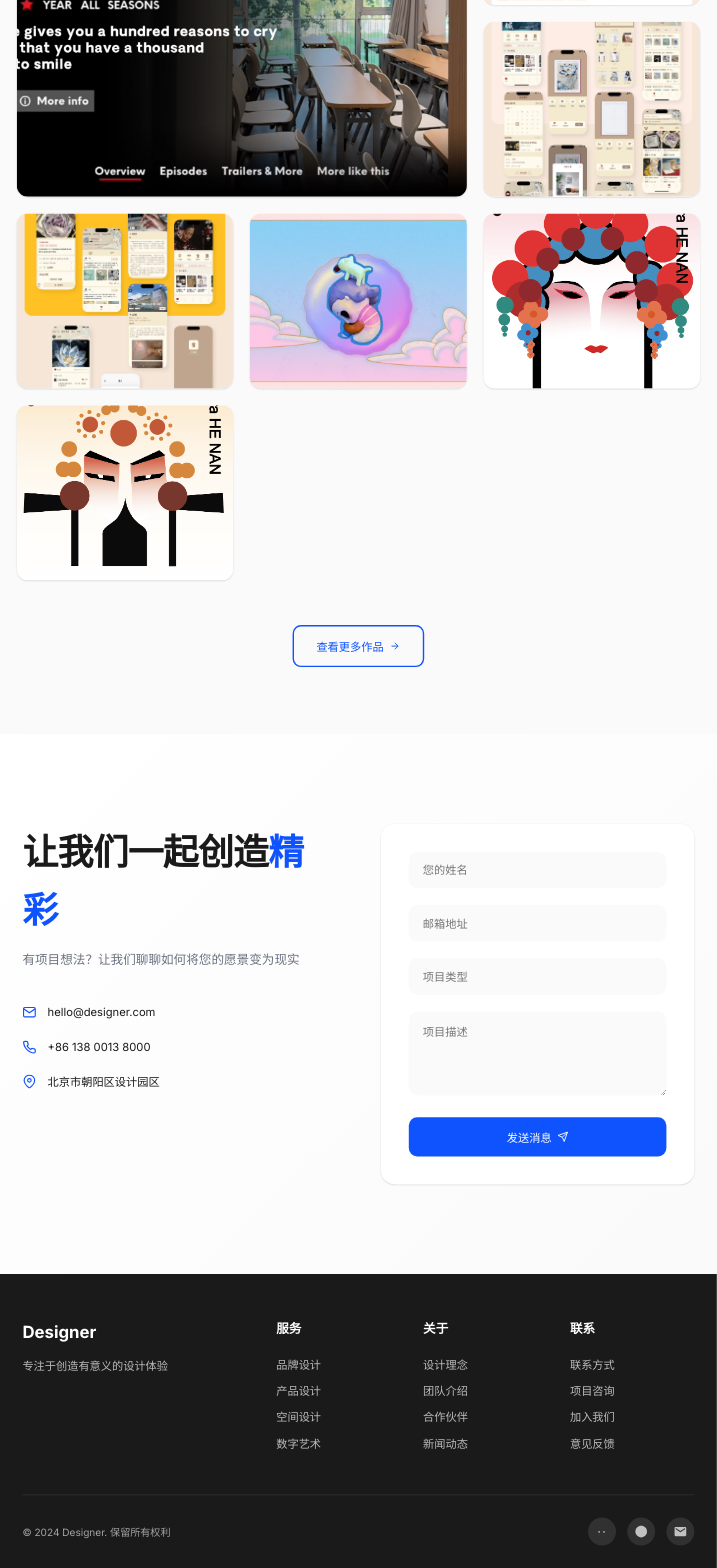
Repository: Nanzhexi/zhexi.github.io
Page: index.html
These files come from the project's save history. The page is drawn as it stood at one moment and after the next save; the edit follows.
The browser window is 1024 px wide. The pictures show the part of the page from y = 1250 to 3490 px (the page is 3490 px tall before and 3410 px after), at 70% of full size.

Above is the page before, as saved 2025-07-03 03:37:17.

### index.html
<!DOCTYPE html>
<html lang="zh-CN">
<head>
    <meta charset="UTF-8">
    <meta name="viewport" content="width=device-width, initial-scale=1.0">
    <title>设计工作室</title>
    <link rel="stylesheet" href="./css/index.css">
    <link rel="preconnect" href="https://fonts.googleapis.com">
    <link rel="preconnect" href="https://fonts.gstatic.com" crossorigin>
    <link href="https://fonts.googleapis.com/css2?family=Inter:wght@300;400;500;600;700&display=swap" rel="stylesheet">
</head>

<body>
    <nav class="navbar">
        <div class="nav-brand">Studio</div>
        <div class="nav-links">
            <a href="#" class="nav-link active">首页</a>
            <a href="#" class="nav-link">作品</a>
            <a href="#" class="nav-link">关于</a>
        </div>
    </nav>

    <main class="hero">
        <div class="hero-content">
            <h1 class="hero-title">
                用<span class="highlight">视觉逻辑</span><br>
                解决商业问题
            </h1>
            <p class="hero-subtitle">
                专注品牌视觉系统与数字产品体验设计
            </p>
            <button class="cta-button">
                查看作品
                <svg width="16" height="16" viewBox="0 0 24 24" fill="none" stroke="currentColor" stroke-width="2">
                    <path d="M5 12h14M12 5l7 7-7 7"/>
                </svg>
            </button>
        </div>
    </main>

    <section class="portfolio">
        <div class="portfolio-content">
            <h2 class="portfolio-title">精选作品</h2>
            <p class="portfolio-subtitle">大浪淘沙，留下的皆是能叩击心灵的佳作</p>

            <div class="portfolio-grid">
                <div class="portfolio-item large">
                    <img src="./images/1.png" alt="设计作品1" loading="lazy">
                    <div class="portfolio-overlay">
                        <div class="portfolio-info">
                            <h3>品牌视觉设计</h3>
                            <p>创意海报设计</p>
                        </div>
                    </div>
                </div>

                <div class="portfolio-item">
                    <img src="./images/2.jpg" alt="设计作品2" loading="lazy">
                    <div class="portfolio-overlay">
                        <div class="portfolio-info">
                            <h3>产品包装</h3>
                            <p>时尚配饰设计</p>
                        </div>
                    </div>
                </div>

                <div class="portfolio-item">
                    <img src="./images/3.jpg" alt="设计作品3" loading="lazy">
                    <div class="portfolio-overlay">
                        <div class="portfolio-info">
                            <h3>陶瓷艺术</h3>
                            <p>传统工艺现代化</p>
                        </div>
                    </div>
                </div>

                <div class="portfolio-item">
                    <img src="./images/4.jpg" alt="设计作品4" loading="lazy">
                    <div class="portfolio-overlay">
                        <div class="portfolio-info">
                            <h3>品牌形象</h3>
                            <p>可爱IP设计</p>
                        </div>
                    </div>
                </div>

                <div class="portfolio-item">
                    <img src="./images/6.png" alt="设计作品5" loading="lazy">
                    <div class="portfolio-overlay">
                        <div class="portfolio-info">
                            <h3>空间设计</h3>
                            <p>商业空间规划</p>
                        </div>
                    </div>
                </div>

                <div class="portfolio-item">
                    <img src="./images/7.png" alt="设计作品6" loading="lazy">
                    <div class="portfolio-overlay">
                        <div class="portfolio-info">
                            <h3>餐饮品牌</h3>
                            <p>传统文化融合</p>
                        </div>
                    </div>
                </div>

                <div class="portfolio-item">
                    <img src="./images/8.png" alt="设计作品7" loading="lazy">
                    <div class="portfolio-overlay">
                        <div class="portfolio-info">
                            <h3>数字艺术</h3>
                            <p>创新视觉表达</p>
                        </div>
                    </div>
                </div>
            </div>

            <button class="portfolio-button">
                查看更多作品
                <svg width="16" height="16" viewBox="0 0 24 24" fill="none" stroke="currentColor" stroke-width="2">
                    <path d="M5 12h14M12 5l7 7-7 7"/>
                </svg>
            </button>
        </div>
    </section>

    <!-- Contact Section -->
    <section class="contact">
        <div class="contact-content">
            <div class="contact-text">
                <h2 class="contact-title">让我们一起创造<span class="highlight">精彩</span></h2>
                <p class="contact-subtitle">有项目想法？让我们聊聊如何将您的愿景变为现实</p>

                <div class="contact-info">
                    <div class="contact-item">
                        <svg width="20" height="20" viewBox="0 0 24 24" fill="none" stroke="currentColor" stroke-width="2">
                            <path d="M4 4h16c1.1 0 2 .9 2 2v12c0 1.1-.9 2-2 2H4c-1.1 0-2-.9-2-2V6c0-1.1.9-2 2-2z"/>
                            <polyline points="22,6 12,13 2,6"/>
                        </svg>
                        <span>hello@designer.com</span>
                    </div>

                    <div class="contact-item">
                        <svg width="20" height="20" viewBox="0 0 24 24" fill="none" stroke="currentColor" stroke-width="2">
                            <path d="M22 16.92v3a2 2 0 0 1-2.18 2 19.79 19.79 0 0 1-8.63-3.07 19.5 19.5 0 0 1-6-6 19.79 19.79 0 0 1-3.07-8.67A2 2 0 0 1 4.11 2h3a2 2 0 0 1 2 1.72 12.84 12.84 0 0 0 .7 2.81 2 2 0 0 1-.45 2.11L8.09 9.91a16 16 0 0 0 6 6l1.27-1.27a2 2 0 0 1 2.11-.45 12.84 12.84 0 0 0 2.81.7A2 2 0 0 1 22 16.92z"/>
                        </svg>
                        <span>+86 138 0013 8000</span>
                    </div>

                    <div class="contact-item">
                        <svg width="20" height="20" viewBox="0 0 24 24" fill="none" stroke="currentColor" stroke-width="2">
                            <path d="M21 10c0 7-9 13-9 13s-9-6-9-13a9 9 0 0 1 18 0z"/>
                            <circle cx="12" cy="10" r="3"/>
                        </svg>
                        <span>北京市朝阳区设计园区</span>
                    </div>
                </div>
            </div>

            <div class="contact-form">
                <form>
                    <div class="form-group">
                        <input type="text" placeholder="您的姓名" required>
                    </div>
                    <div class="form-group">
                        <input type="email" placeholder="邮箱地址" required>
                    </div>
                    <div class="form-group">
                        <input type="text" placeholder="项目类型">
                    </div>
                    <div class="form-group">
                        <textarea placeholder="项目描述" rows="4" required></textarea>
                    </div>
                    <button type="submit" class="submit-button">
                        发送消息
                        <svg width="16" height="16" viewBox="0 0 24 24" fill="none" stroke="currentColor" stroke-width="2">
                            <line x1="22" y1="2" x2="11" y2="13"/>
                            <polygon points="22,2 15,22 11,13 2,9 22,2"/>
                        </svg>
                    </button>
                </form>
            </div>
        </div>
    </section>

    <!-- Footer -->
    <footer class="footer">
        <div class="footer-content">
            <div class="footer-left">
                <div class="footer-brand">Designer</div>
                <p>专注于创造有意义的设计体验</p>
            </div>

            <div class="footer-links">
                <div class="footer-column">
                    <h4>服务</h4>
                    <a href="#">品牌设计</a>
                    <a href="#">产品设计</a>
                    <a href="#">空间设计</a>
                    <a href="#">数字艺术</a>
                </div>

                <div class="footer-column">
                    <h4>关于</h4>
                    <a href="#">设计理念</a>
                    <a href="#">团队介绍</a>
                    <a href="#">合作伙伴</a>
                    <a href="#">新闻动态</a>
                </div>

                <div class="footer-column">
                    <h4>联系</h4>
                    <a href="#">联系方式</a>
                    <a href="#">项目咨询</a>
                    <a href="#">加入我们</a>
                    <a href="#">意见反馈</a>
                </div>
            </div>
        </div>

        <div class="footer-bottom">
            <p>&copy; 2024 Designer. 保留所有权利</p>
            <div class="social-links">
                <a href="#" aria-label="微信">
                    <svg width="20" height="20" viewBox="0 0 24 24" fill="currentColor">
                        <path d="M8.5 12.5c0 .8-.7 1.5-1.5 1.5s-1.5-.7-1.5-1.5.7-1.5 1.5-1.5 1.5.7 1.5 1.5zm7-1.5c-.8 0-1.5.7-1.5 1.5s.7 1.5 1.5 1.5 1.5-.7 1.5-1.5-.7-1.5-1.5-1.5z"/>
                    </svg>
                </a>
                <a href="#" aria-label="微博">
                    <svg width="20" height="20" viewBox="0 0 24 24" fill="currentColor">
                        <path d="M12 2C6.48 2 2 6.48 2 12s4.48 10 10 10 10-4.48 10-10S17.52 2 12 2z"/>
                    </svg>
                </a>
                <a href="#" aria-label="邮箱">
                    <svg width="20" height="20" viewBox="0 0 24 24" fill="currentColor">
                        <path d="M20 4H4c-1.1 0-1.99.9-1.99 2L2 18c0 1.1.9 2 2 2h16c1.1 0 2-.9 2-2V6c0-1.1-.9-2-2-2zm0 4l-8 5-8-5V6l8 5 8-5v2z"/>
                    </svg>
                </a>
            </div>
        </div>
    </footer>
</body>
</html>

### css/index.css
:root {
    --primary-color: #0F53FF;
    --text-primary: #1a1a1a;
    --text-secondary: #6b7280;
    --background: #ffffff;
    --surface: #fafafa;
    --border: #e5e7eb;
    --shadow: 0 1px 3px 0 rgba(0, 0, 0, 0.1), 0 1px 2px 0 rgba(0, 0, 0, 0.06);
}

* {
    margin: 0;
    padding: 0;
    box-sizing: border-box;
}

body {
    font-family: 'Inter', -apple-system, BlinkMacSystemFont, 'Segoe UI', sans-serif;
    background-color: var(--background);
    color: var(--text-primary);
    line-height: 1.6;
    font-weight: 400;
    -webkit-font-smoothing: antialiased;
    -moz-osx-font-smoothing: grayscale;
}

/* Navigation */
.navbar {
    position: fixed;
    top: 0;
    left: 0;
    right: 0;
    z-index: 1000;
    background: rgba(255, 255, 255, 0.95);
    backdrop-filter: blur(20px);
    border-bottom: 1px solid var(--border);
    padding: 0 2rem;
    height: 80px;
    display: flex;
    align-items: center;
    justify-content: space-between;
    max-width: 1400px;
    margin: 0 auto;
}

.nav-brand {
    font-size: 1.5rem;
    font-weight: 600;
    color: var(--text-primary);
    letter-spacing: -0.02em;
}

.nav-links {
    display: flex;
    gap: 2.5rem;
}

.nav-link {
    color: var(--text-secondary);
    text-decoration: none;
    font-size: 0.95rem;
    font-weight: 500;
    transition: all 0.3s cubic-bezier(0.4, 0, 0.2, 1);
    position: relative;
}

.nav-link:hover,
.nav-link.active {
    color: var(--primary-color);
}

.nav-link.active::after {
    content: '';
    position: absolute;
    bottom: -8px;
    left: 0;
    right: 0;
    height: 2px;
    background: var(--primary-color);
    border-radius: 1px;
}

/* Hero Section */
.hero {
    min-height: 100vh;
    display: flex;
    align-items: center;
    justify-content: center;
    padding: 80px 2rem 0;
    background: linear-gradient(135deg, #fafafa 0%, #ffffff 100%);
}

.hero-content {
    max-width: 900px;
    text-align: center;
    animation: fadeInUp 1s ease-out;
}

.hero-title {
    font-size: clamp(3rem, 8vw, 5.5rem);
    font-weight: 700;
    color: var(--text-primary);
    line-height: 1.1;
    margin-bottom: 1.5rem;
    letter-spacing: -0.03em;
}

.highlight {
    color: var(--primary-color);
    position: relative;
}

.highlight::after {
    content: '';
    position: absolute;
    bottom: 0.1em;
    left: 0;
    right: 0;
    height: 0.3em;
    background: linear-gradient(90deg, rgba(15, 83, 255, 0.2) 0%, rgba(15, 83, 255, 0.1) 100%);
    z-index: -1;
    border-radius: 2px;
}

.hero-subtitle {
    font-size: 1.25rem;
    color: var(--text-secondary);
    margin-bottom: 3rem;
    font-weight: 400;
    line-height: 1.6;
    max-width: 600px;
    margin-left: auto;
    margin-right: auto;
}

.cta-button {
    background: var(--primary-color);
    color: white;
    border: none;
    padding: 1rem 2rem;
    font-size: 1rem;
    font-weight: 500;
    border-radius: 12px;
    cursor: pointer;
    display: inline-flex;
    align-items: center;
    gap: 0.5rem;
    transition: all 0.3s cubic-bezier(0.4, 0, 0.2, 1);
    box-shadow: 0 4px 14px 0 rgba(15, 83, 255, 0.25);
}

.cta-button:hover {
    background: #0d47e6;
    transform: translateY(-2px);
    box-shadow: 0 8px 25px 0 rgba(15, 83, 255, 0.35);
}

.cta-button:active {
    transform: translateY(0);
}

.cta-button svg {
    transition: transform 0.3s ease;
}

.cta-button:hover svg {
    transform: translateX(4px);
}

/* Portfolio Section */
.portfolio {
    padding: 8rem 2rem;
    background: var(--surface);
}

.portfolio-content {
    max-width: 1400px;
    margin: 0 auto;
}

.portfolio-title {
    font-size: clamp(2.5rem, 5vw, 3.5rem);
    font-weight: 700;
    color: var(--text-primary);
    text-align: center;
    margin-bottom: 1rem;
    letter-spacing: -0.02em;
}

.portfolio-subtitle {
    font-size: 1.125rem;
    color: var(--text-secondary);
    text-align: center;
    margin-bottom: 4rem;
    font-weight: 400;
}

.portfolio-grid {
    display: grid;
    grid-template-columns: repeat(4, 1fr);
    grid-template-rows: repeat(3, 300px);
    gap: 1.5rem;
    margin-bottom: 4rem;
    width: 100%;
}

.portfolio-item {
    position: relative;
    border-radius: 16px;
    overflow: hidden;
    background: var(--background);
    box-shadow: var(--shadow);
    transition: all 0.4s cubic-bezier(0.4, 0, 0.2, 1);
    width: 100%;
    height: 100%;
}

.portfolio-item.large {
    grid-column: span 2;
    grid-row: span 2;
}

.portfolio-item:nth-child(2) {
    grid-column: 3;
    grid-row: 1;
}

.portfolio-item:nth-child(3) {
    grid-column: 4;
    grid-row: 1;
}

.portfolio-item:nth-child(4) {
    grid-column: 3;
    grid-row: 2;
}

.portfolio-item:nth-child(5) {
    grid-column: 4;
    grid-row: 2;
}

.portfolio-item:nth-child(6) {
    grid-column: 1;
    grid-row: 3;
}

.portfolio-item:nth-child(7) {
    grid-column: 2;
    grid-row: 3;
}

.portfolio-item:nth-child(8) {
    grid-column: 3 / span 2;
    grid-row: 3;
}

.portfolio-item img {
    width: 100%;
    height: 100%;
    object-fit: cover;
    transition: transform 0.4s cubic-bezier(0.4, 0, 0.2, 1);
}

.portfolio-overlay {
    position: absolute;
    top: 0;
    left: 0;
    right: 0;
    bottom: 0;
    background: linear-gradient(135deg, rgba(15, 83, 255, 0.8) 0%, rgba(15, 83, 255, 0.6) 100%);
    display: flex;
    align-items: flex-end;
    padding: 2rem;
    opacity: 0;
    transition: all 0.4s cubic-bezier(0.4, 0, 0.2, 1);
}

.portfolio-info h3 {
    color: white;
    font-size: 1.25rem;
    font-weight: 600;
    margin-bottom: 0.5rem;
}

.portfolio-info p {
    color: rgba(255, 255, 255, 0.9);
    font-size: 0.95rem;
    font-weight: 400;
}

.portfolio-item:hover {
    transform: translateY(-8px);
    box-shadow: 0 20px 40px 0 rgba(0, 0, 0, 0.15);
}

.portfolio-item:hover img {
    transform: scale(1.05);
}

.portfolio-item:hover .portfolio-overlay {
    opacity: 1;
}

.portfolio-button {
    background: transparent;
    color: var(--primary-color);
    border: 2px solid var(--primary-color);
    padding: 1rem 2rem;
    font-size: 1rem;
    font-weight: 500;
    border-radius: 12px;
    cursor: pointer;
    display: inline-flex;
    align-items: center;
    gap: 0.5rem;
    transition: all 0.3s cubic-bezier(0.4, 0, 0.2, 1);
    margin: 0 auto;
    display: flex;
    justify-content: center;
    max-width: 200px;
}

.portfolio-button:hover {
    background: var(--primary-color);
    color: white;
    transform: translateY(-2px);
    box-shadow: 0 8px 25px 0 rgba(15, 83, 255, 0.25);
}

.portfolio-button svg {
    transition: transform 0.3s ease;
}

.portfolio-button:hover svg {
    transform: translateX(4px);
}

/* Contact Section */
.contact {
    padding: 8rem 2rem;
    background: linear-gradient(135deg, var(--background) 0%, var(--surface) 100%);
}

.contact-content {
    max-width: 1200px;
    margin: 0 auto;
    display: grid;
    grid-template-columns: 1fr 1fr;
    gap: 4rem;
    align-items: start;
}

.contact-title {
    font-size: clamp(2.5rem, 5vw, 3.5rem);
    font-weight: 700;
    color: var(--text-primary);
    margin-bottom: 1rem;
    letter-spacing: -0.02em;
}

.contact-subtitle {
    font-size: 1.125rem;
    color: var(--text-secondary);
    margin-bottom: 3rem;
    line-height: 1.6;
}

.contact-info {
    display: flex;
    flex-direction: column;
    gap: 1.5rem;
}

.contact-item {
    display: flex;
    align-items: center;
    gap: 1rem;
    color: var(--text-primary);
    font-size: 1rem;
}

.contact-item svg {
    color: var(--primary-color);
    flex-shrink: 0;
}

.contact-form {
    background: var(--background);
    padding: 2.5rem;
    border-radius: 20px;
    box-shadow: var(--shadow);
}

.form-group {
    margin-bottom: 1.5rem;
}

.form-group input,
.form-group textarea {
    width: 100%;
    padding: 1rem 1.25rem;
    border: 2px solid var(--border-color);
    border-radius: 12px;
    font-size: 1rem;
    background: var(--surface);
    color: var(--text-primary);
    transition: all 0.3s ease;
    font-family: inherit;
}

.form-group input:focus,
.form-group textarea:focus {
    outline: none;
    border-color: var(--primary-color);
    box-shadow: 0 0 0 3px rgba(15, 83, 255, 0.1);
}

.form-group textarea {
    resize: vertical;
    min-height: 120px;
}

.submit-button {
    background: var(--primary-color);
    color: white;
    border: none;
    padding: 1rem 2rem;
    font-size: 1rem;
    font-weight: 500;
    border-radius: 12px;
    cursor: pointer;
    display: inline-flex;
    align-items: center;
    gap: 0.5rem;
    transition: all 0.3s cubic-bezier(0.4, 0, 0.2, 1);
    width: 100%;
    justify-content: center;
}

.submit-button:hover {
    background: #0A47E8;
    transform: translateY(-2px);
    box-shadow: 0 8px 25px 0 rgba(15, 83, 255, 0.25);
}

.submit-button svg {
    transition: transform 0.3s ease;
}

.submit-button:hover svg {
    transform: translateX(4px);
}

/* Footer */
.footer {
    background: var(--text-primary);
    color: white;
    padding: 4rem 2rem 2rem;
}

.footer-content {
    max-width: 1200px;
    margin: 0 auto;
    display: grid;
    grid-template-columns: 1fr 2fr;
    gap: 4rem;
    margin-bottom: 3rem;
}

.footer-brand {
    font-size: 1.5rem;
    font-weight: 700;
    margin-bottom: 1rem;
}

.footer-left p {
    color: rgba(255, 255, 255, 0.7);
    font-size: 1rem;
    line-height: 1.6;
}

.footer-links {
    display: grid;
    grid-template-columns: repeat(3, 1fr);
    gap: 2rem;
}

.footer-column h4 {
    font-size: 1.125rem;
    font-weight: 600;
    margin-bottom: 1.5rem;
    color: white;
}

.footer-column a {
    display: block;
    color: rgba(255, 255, 255, 0.7);
    text-decoration: none;
    margin-bottom: 0.75rem;
    transition: color 0.3s ease;
}

.footer-column a:hover {
    color: var(--primary-color);
}

.footer-bottom {
    max-width: 1200px;
    margin: 0 auto;
    padding-top: 2rem;
    border-top: 1px solid rgba(255, 255, 255, 0.1);
    display: flex;
    justify-content: space-between;
    align-items: center;
}

.footer-bottom p {
    color: rgba(255, 255, 255, 0.6);
    font-size: 0.9rem;
}

.social-links {
    display: flex;
    gap: 1rem;
}

.social-links a {
    display: flex;
    align-items: center;
    justify-content: center;
    width: 40px;
    height: 40px;
    background: rgba(255, 255, 255, 0.1);
    border-radius: 50%;
    color: rgba(255, 255, 255, 0.7);
    transition: all 0.3s ease;
}

.social-links a:hover {
    background: var(--primary-color);
    color: white;
    transform: translateY(-2px);
}

/* Animations */
@keyframes fadeInUp {
    from {
        opacity: 0;
        transform: translateY(30px);
    }
    to {
        opacity: 1;
        transform: translateY(0);
    }
}

/* Responsive Design */
@media (max-width: 1024px) {
    .navbar {
        padding: 0 1.5rem;
    }

    .hero {
        padding: 80px 1.5rem 0;
    }

    .portfolio {
        padding: 6rem 1.5rem;
    }

    .portfolio-grid {
        grid-template-columns: repeat(3, 1fr);
        grid-template-rows: repeat(4, 250px);
        gap: 1.5rem;
    }

    .portfolio-item.large {
        grid-column: span 2;
        grid-row: span 2;
    }

    .portfolio-item:nth-child(2) {
        grid-column: 3;
        grid-row: 1;
    }

    .portfolio-item:nth-child(3) {
        grid-column: 3;
        grid-row: 2;
    }

    .portfolio-item:nth-child(4) {
        grid-column: 1;
        grid-row: 3;
    }

    .portfolio-item:nth-child(5) {
        grid-column: 2;
        grid-row: 3;
    }

    .portfolio-item:nth-child(6) {
        grid-column: 3;
        grid-row: 3;
    }

    .portfolio-item:nth-child(7) {
        grid-column: 1;
        grid-row: 4;
    }

    .portfolio-item:nth-child(8) {
        grid-column: 2 / span 2;
        grid-row: 4;
    }
}

@media (max-width: 768px) {
    .navbar {
        padding: 0 1rem;
        height: 70px;
    }

    .nav-links {
        gap: 1.5rem;
    }

    .nav-link {
        font-size: 0.9rem;
    }

    .hero {
        padding: 70px 1rem 0;
    }

    .hero-subtitle {
        font-size: 1.1rem;
        margin-bottom: 2.5rem;
    }

    .cta-button {
        padding: 0.875rem 1.75rem;
        font-size: 0.95rem;
    }

    .portfolio {
        padding: 4rem 1rem;
    }

    .portfolio-grid {
        grid-template-columns: repeat(2, 1fr);
        grid-template-rows: repeat(5, 220px);
        gap: 1.5rem;
    }

    .portfolio-item.large {
        grid-column: span 2;
        grid-row: span 1;
    }

    .portfolio-item:nth-child(n) {
        grid-column: auto;
        grid-row: auto;
    }

    .portfolio-item:nth-child(1) {
        grid-column: span 2;
        grid-row: 1;
    }

    .portfolio-overlay {
        padding: 1.5rem;
    }

    .portfolio-info h3 {
        font-size: 1.125rem;
    }

    .portfolio-info p {
        font-size: 0.9rem;
    }
}

@media (max-width: 480px) {
    .navbar {
        padding: 0 1rem;
        height: 65px;
    }

    .nav-brand {
        font-size: 1.25rem;
    }

    .nav-links {
        gap: 1rem;
    }

    .nav-link {
        font-size: 0.85rem;
    }

    .hero {
        padding: 65px 1rem 0;
    }

    .hero-subtitle {
        font-size: 1rem;
        margin-bottom: 2rem;
    }

    .highlight::after {
        height: 0.25em;
    }

    .portfolio {
        padding: 3rem 1rem;
    }

    .portfolio-subtitle {
        font-size: 1rem;
        margin-bottom: 3rem;
    }

    .portfolio-grid {
        grid-template-columns: 1fr;
        grid-template-rows: repeat(8, 200px);
        gap: 1rem;
    }

    .portfolio-item:nth-child(n) {
        grid-column: 1;
        grid-row: auto;
    }

    .portfolio-item.large {
        grid-column: 1;
        grid-row: auto;
    }

    .portfolio-overlay {
        padding: 1rem;
    }

    .portfolio-button {
        padding: 0.875rem 1.5rem;
        font-size: 0.9rem;
    }
}

After the next save:
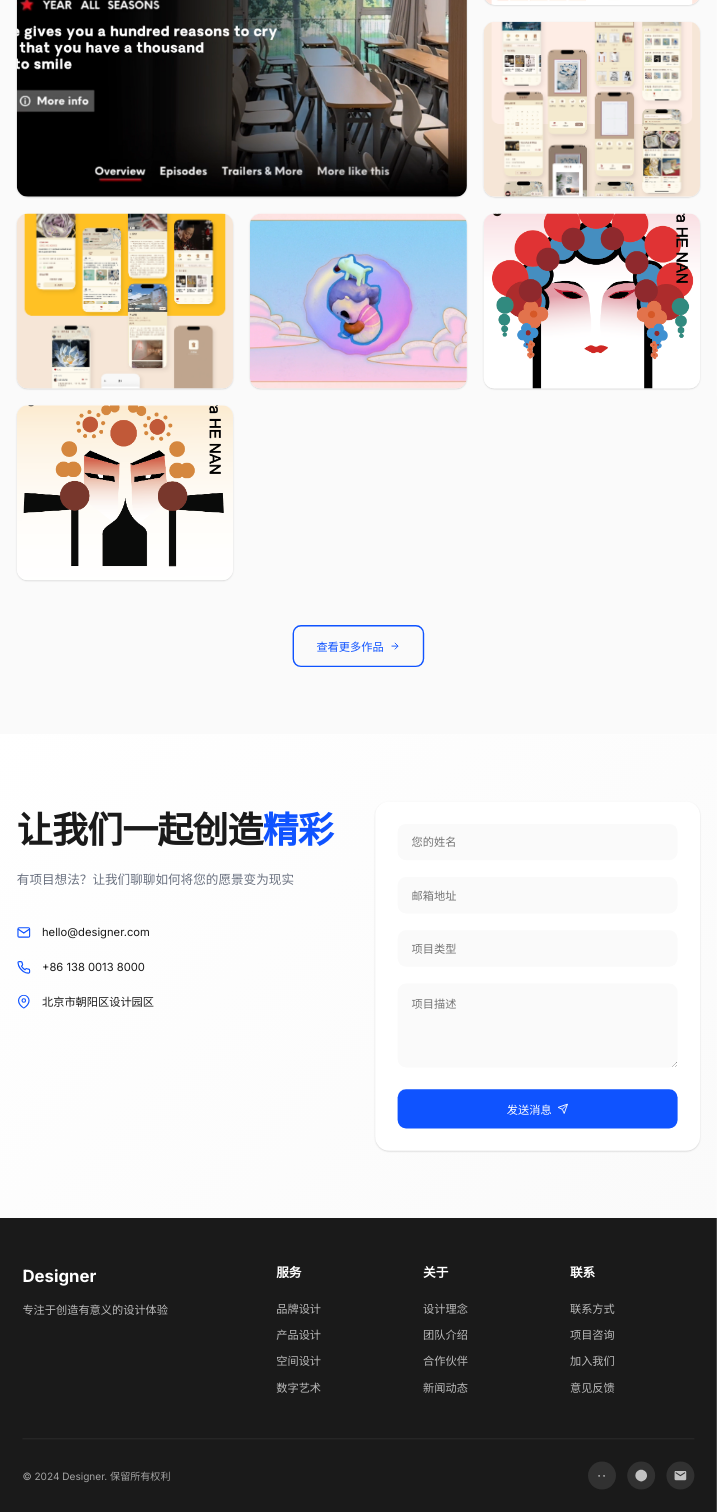
Saved 13 s later.
--- a/css/index.css
+++ b/css/index.css
@@ -580,6 +580,18 @@
         grid-row: span 2;
     }
 
+    .contact {
+        padding: 6rem 1.5rem;
+    }
+
+    .contact-content {
+        gap: 3rem;
+    }
+
+    .contact-form {
+        padding: 2rem;
+    }
+
     .portfolio-item:nth-child(2) {
         grid-column: 3;
         grid-row: 1;
